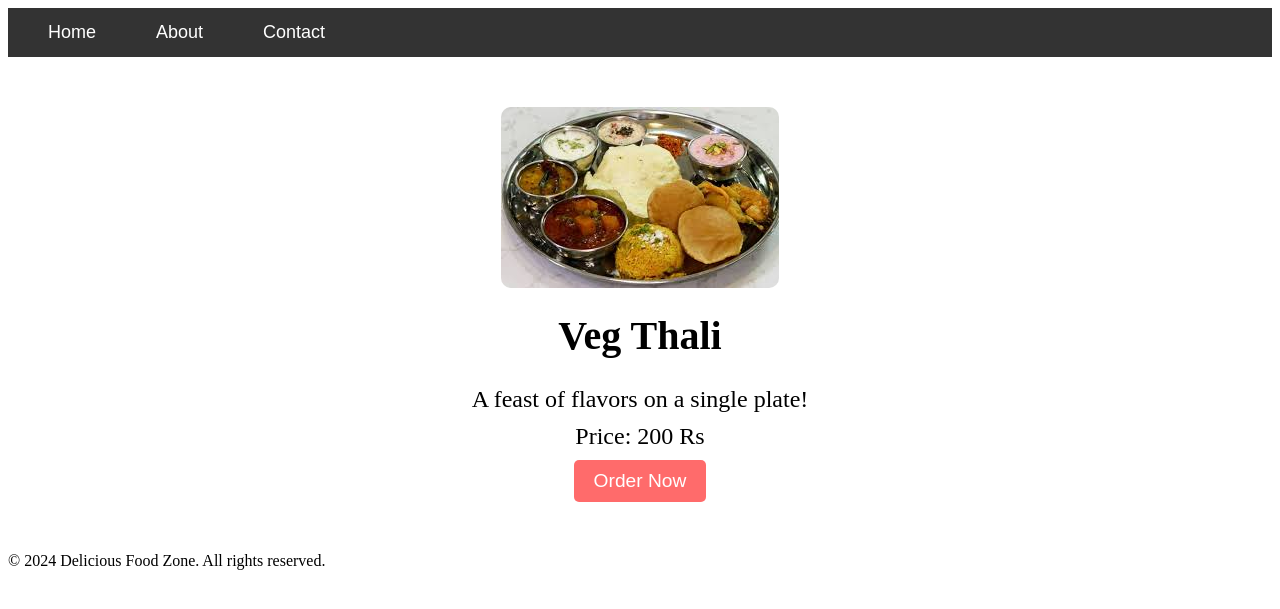
Repository: Shreya-Bonde/Restaurant-management-system
Page: veg.html
The author's editor kept a copy of each file at every save. The page is drawn from the files as they stood at one save, then again after a run of saves.
The browser window is 1280 px wide. The pictures show the whole page.

Above is the page before, as saved 2024-11-09 01:11:33.

After the next 2 saves:
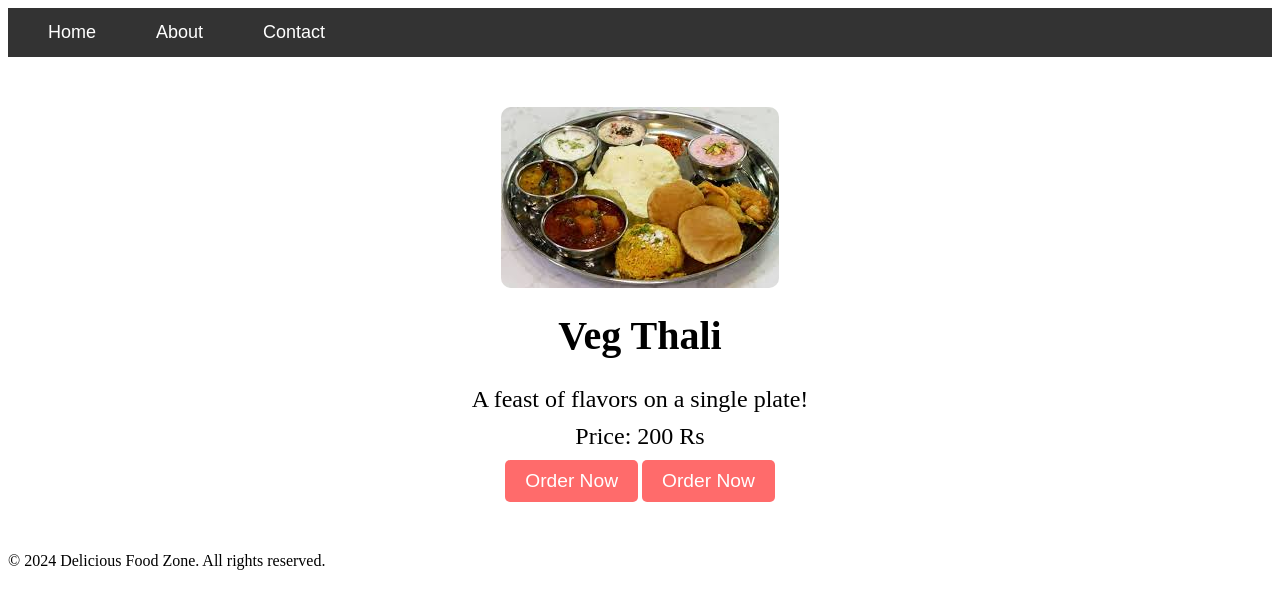
The 2 saves are shown as one change because they came seconds apart.
The last was saved 98 s later.
--- a/veg.html
+++ b/veg.html
@@ -113,6 +113,8 @@
         <p>A feast of flavors on a single plate!</p>
         <p>Price: 200 Rs</p>
         <button onclick="alert('Order Placed!')">Order Now</button>
+        <button onclick="window.location.href='order.html'">Order Now</button>
+
     </div>
 
     <footer>

After the save that followed:
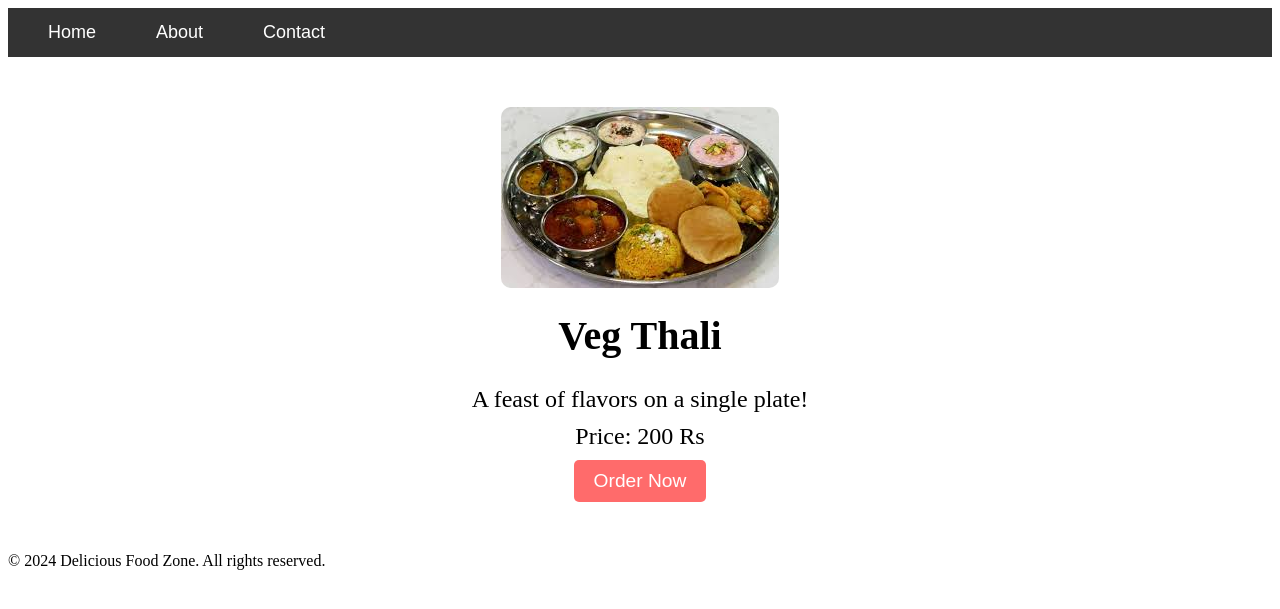
Saved 5 s later.
--- a/veg.html
+++ b/veg.html
@@ -112,7 +112,7 @@
         <h1>Veg Thali</h1>
         <p>A feast of flavors on a single plate!</p>
         <p>Price: 200 Rs</p>
-        <button onclick="alert('Order Placed!')">Order Now</button>
+        <!-- <button onclick="alert('Order Placed!')">Order Now</button> -->
         <button onclick="window.location.href='order.html'">Order Now</button>
 
     </div>
